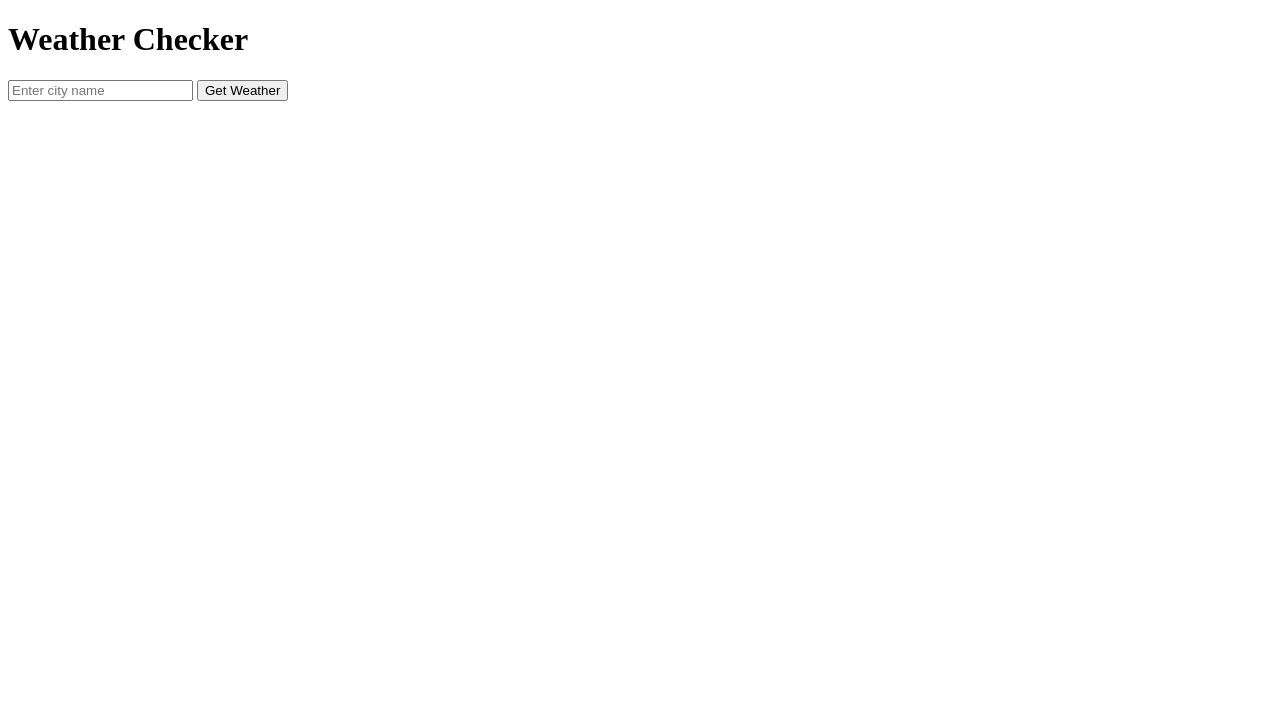
Repository: Pragati0508/news-app-detection-project
Page: weather api/index.html
An editor plug-in stored every save of this project. The page is shown before and after the next save, followed by the edit.
The browser window is 1280 px wide. The pictures show the whole page.

Above is the page before, as saved 2025-09-07 12:05:55.
Not found: weather api/script.js
Not found: weather api/style.css

After the next save:
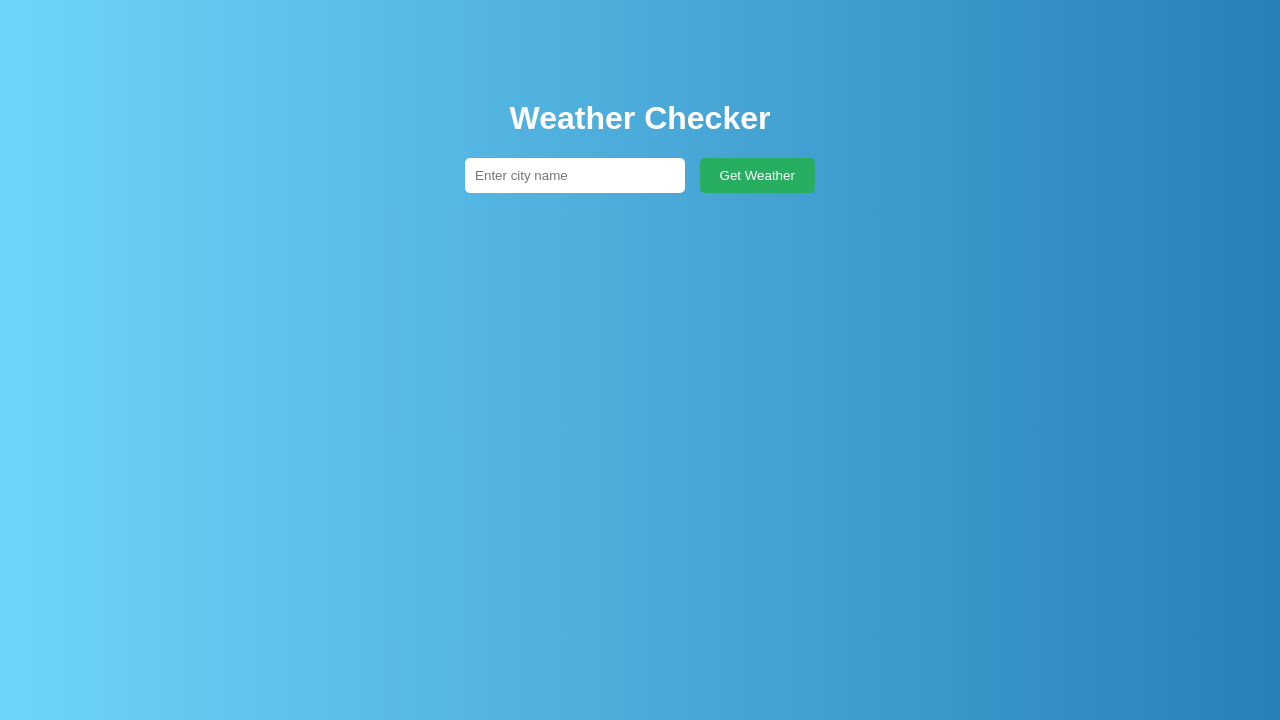
Saved 2 min 25 s later.
--- a/weather api/index.html
+++ b/weather api/index.html
@@ -4,7 +4,46 @@
   <meta charset="UTF-8">
   <meta name="viewport" content="width=device-width, initial-scale=1.0">
   <title>Weather App</title>
-  <link rel="stylesheet" href="style.css">
+  <style>
+    body {
+      font-family: Arial, sans-serif;
+      background: linear-gradient(to right, #6dd5fa, #2980b9);
+      color: white;
+      text-align: center;
+      margin: 0;
+      padding: 0;
+    }
+
+    .weather-container {
+      margin-top: 100px;
+    }
+
+    input {
+      padding: 10px;
+      width: 200px;
+      border: none;
+      border-radius: 5px;
+    }
+
+    button {
+      padding: 10px 20px;
+      margin-left: 10px;
+      border: none;
+      border-radius: 5px;
+      background-color: #27ae60;
+      color: white;
+      cursor: pointer;
+    }
+
+    button:hover {
+      background-color: #2ecc71;
+    }
+
+    #result {
+      margin-top: 20px;
+      font-size: 1.5em;
+    }
+  </style>
 </head>
 <body>
   <div class="weather-container">
@@ -13,6 +52,35 @@
     <button onclick="getWeather()">Get Weather</button>
     <div id="result"></div>
   </div>
-  <script src="script.js"></script>
+
+  <script>
+    async function getWeather() {
+      const location = document.getElementById('location').value.trim();
+      if (!location) {
+        document.getElementById('result').innerHTML = '<p style="color: yellow;">Please enter a city name</p>';
+        return;
+      }
+
+      const apiKey = '94f6da04a47e4299a1460633250709';
+      const url = `http://api.weatherapi.com/v1/current.json?key=${apiKey}&q=${location}&aqi=yes`;
+
+      try {
+        const response = await fetch(url);
+        if (!response.ok) {
+          throw new Error("Location not found");
+        }
+        const data = await response.json();
+        const temp = data.current.temp_c;
+        const condition = data.current.condition.text;
+
+        document.getElementById('result').innerHTML = `
+          <p>Temperature in <strong>${data.location.name}</strong>: ${temp}°C</p>
+          <p>Condition: ${condition}</p>
+        `;
+      } catch (error) {
+        document.getElementById('result').innerHTML = `<p style="color: yellow;">${error.message}</p>`;
+      }
+    }
+  </script>
 </body>
 </html>
